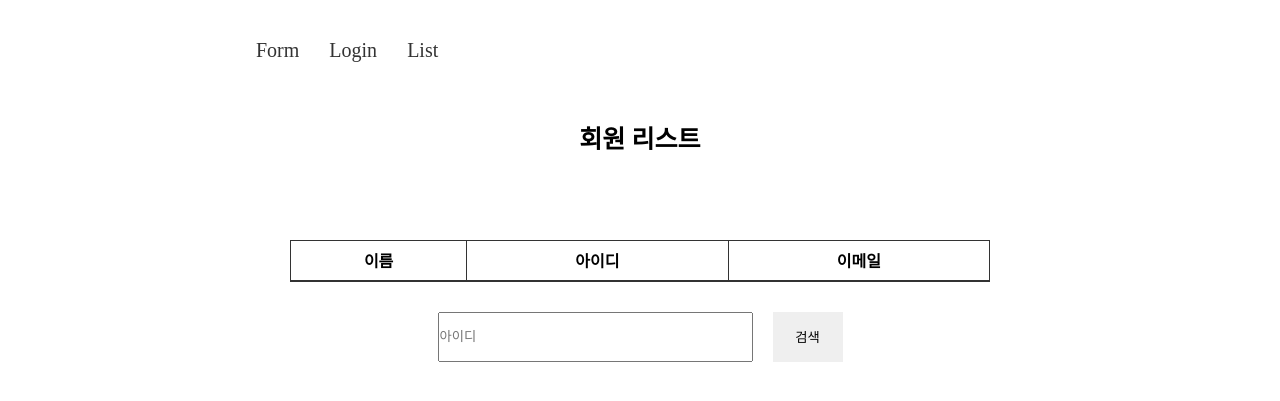
Repository: zeroj-0/eclipseProjects
Page: http://localhost/jv301/mod010/user_list.do
The author's editor kept a copy of each file at every save. The page is drawn from the files as they stood at one save, then again after the next save.
The browser window is 1280 px wide. The pictures show the whole page.
The page is served by Tomcat 9. Other server files are loaded and not shown. Queries for data that is not in the repository find no rows.

Above is the page before, as saved 2022-07-07 07:07:09.

### jv301/src/main/webapp/mod010/user_list.jsp
<%@ page language="java" contentType="text/html; charset=UTF-8" pageEncoding="UTF-8"%>
<%@ taglib prefix="c" uri="http://java.sun.com/jsp/jstl/core" %>
<!DOCTYPE html>
<html>
<head>
<meta charset="UTF-8">
<title>Insert title here</title>
<link rel="stylesheet" href="./fixmethod.css">
<link rel="stylesheet" href="./style.css">
<style>
	table {
		border: 1px solid #333;
		width: 100%;
		margin: 0 auto;
		border-collapse: collapse;
	}
	table tr {
		height: 40px;
	}
	table td {
		border: 1px solid #333;
		width: 100px;
		text-align: center;
	}
	table th {
		border: 1px solid #333;
		border-bottom: 2px solid #333;
	}
	.search-area {
		width: 100%;
		height: 50px;
		display: flex;
		margin-top: 30px;
	}
	.search-area form {
		display: flex;
		justify-content: center;
	}
	.search-area input {
		width: 45%;
	}
	.search-area button {
		width: 10%;
		margin-left: 20px;
	}
</style>
</head>
<body>
<div id="wrapper">
	<div id="header">
		<%@ include file="/incl/menu.jsp" %>
	</div>
<h3 class="title">회원 리스트</h3>
	<div class="container">
				<table>
					<tr>
						<th>이름</th><th>아이디</th><th>이메일</th>
					</tr>
					<c:forEach var="user" items="${user}">
						<tr>
							<td>
								${user.getUserName()}
							</td>
							<td>
								${user.getUserId()}
							</td>
							<td>
								${user.getEmail()}
							</td>
						</tr>
					</c:forEach>
				</table>
				<div class="search-area">
					<form>
						<input type="text" name="searchId" placeholder="아이디"/>
						<button type="submit">검색</button>
					</form>
				</div>
	</div>
</div>
</body>
</html>

### jv301/src/main/webapp/incl/menu.jsp
<%@ page language="java" contentType="text/html; charset=UTF-8"  pageEncoding="UTF-8"%>

<div class="gnb">
	<ul>
		<li><a href="add_user.jsp">Form</a></li>
		<li><a href="login">Login</a></li>
		<li><a href="user_list.do">List</a></li>
	</ul>
</div>

### jv301/src/main/java/com/varxyz/jv301/mod010/UserListServlet.java
package com.varxyz.jv301.mod010;

import java.io.IOException;
import java.util.List;

import javax.servlet.RequestDispatcher;
import javax.servlet.ServletException;
import javax.servlet.annotation.WebServlet;
import javax.servlet.http.HttpServlet;
import javax.servlet.http.HttpServletRequest;
import javax.servlet.http.HttpServletResponse;

@WebServlet("/mod010/user_list.do")
public class UserListServlet extends HttpServlet {
	private UserService userService;
	private static final long serialVersionUID = 1L;

	protected void doGet(HttpServletRequest request, HttpServletResponse response) throws ServletException, IOException {
		userService = UserService.getInstance();
		List<User> userList = userService.getAllUsers();
		request.setAttribute("user", userList);

		RequestDispatcher dispatcher = null;
		dispatcher = request.getRequestDispatcher("user_list.jsp");
		dispatcher.forward(request, response);
	}

	protected void doPost(HttpServletRequest request, HttpServletResponse response) throws ServletException, IOException {
		request.setCharacterEncoding("utf-8");

		String userId = request.getParameter("userId");

		request.setAttribute("userId", userId);

		RequestDispatcher dispatcher = null;
		dispatcher = request.getRequestDispatcher("update.jsp");
		dispatcher.forward(request, response);
	}

}

### jv301/src/main/java/com/varxyz/jv301/mod010/UserDao.java
package com.varxyz.jv301.mod010;

import java.sql.Connection;
import java.sql.PreparedStatement;
import java.sql.ResultSet;
import java.sql.SQLException;
import java.util.ArrayList;
import java.util.List;

public class UserDao {
	DataSource dataSource = null;

	public UserDao() {
		NamingService namingService = NamingService.getInstance();
		dataSource = (DataSource)namingService.getAttribute("dataSource");
	}

	public List<User> findAllUsers() {
		String sql = "SELECT * FROM User";
		List<User> userList = new ArrayList<User>();
		try {
			Connection con = null;
			PreparedStatement pstmt = null;
			ResultSet rs = null;
			try {
				con = dataSource.getConnection();
				pstmt = con.prepareStatement(sql);
				rs = pstmt.executeQuery();

				while(rs.next()) {
					User user = new User();
					user.setUserId(rs.getString("id"));
					user.setUserName(rs.getString("name"));
					user.setEmail(rs.getString("email"));
					user.setAddr(rs.getString("addr"));

					userList.add(user);
				}
			} finally {
				dataSource.close(rs, pstmt, con);
			}
		} catch (SQLException e) {
			e.printStackTrace();
		}
		return userList;
	}

	public void addUser(User user) {
		String sql = "INSERT INTO User(id,passwd,name,email,addr,ssn) VALUES (?,?,?,?,?,?)";
		try {
			Connection con = null;
			PreparedStatement pstmt = null;

			con = dataSource.getConnection();
			pstmt = con.prepareStatement(sql);

			pstmt.setString(1, user.getUserId());
			pstmt.setString(2, user.getPasswd());
			pstmt.setString(3, user.getUserName());
			pstmt.setString(4, user.getEmail());
			pstmt.setString(5, user.getAddr());
			pstmt.setString(6, user.getSsn());

			pstmt.executeUpdate();
			dataSource.close(pstmt, con);
		} catch (Exception e) {
			e.printStackTrace();
		}
	}
	public String findUserId(String userId) {
		String sql = "SELECT id FROM User WHERE id=?";
		String id = null;
		try {
			Connection con = null;
			PreparedStatement pstmt = null;
			ResultSet rs = null;
			try {
				con = dataSource.getConnection();
				pstmt = con.prepareStatement(sql);
				pstmt.setString(1, userId);

				rs = pstmt.executeQuery();

				if(rs.next()) {
					id= rs.getString("id");
				}

			} finally {
				dataSource.close(rs,pstmt, con);
			}
		} catch(Exception e) {
			e.printStackTrace();
		}
		if(id==null) {
			id="";
		}
		return id;
	}

	public String findUserPasswd(String passwd) {
		String sql = "SELECT passwd FROM User WHERE passwd=?";
		String pw = null;
		try {
			Connection con = null;
			PreparedStatement pstmt = null;
			ResultSet rs = null;
			try {
				con = dataSource.getConnection();
				pstmt = con.prepareStatement(sql);
				pstmt.setString(1, passwd);
				rs = pstmt.executeQuery();

				if(rs.next()) {
					pw= rs.getString("passwd");
				}

			} finally {
				dataSource.close(rs,pstmt, con);
			}
		} catch(Exception e) {
			e.printStackTrace();
		}
		if(pw==null) {
			pw = "";
		}
		return pw;
	}
	public User findUserByUserId(String userId) {
		String sql = "SELECT id,passwd,name,email,addr,ssn FROM User WHERE id=?";
		User user = new User();
		try  {
			Connection con = null;
			PreparedStatement pstmt = null;
			ResultSet rs = null;
			try {
				con = dataSource.getConnection();
				pstmt = con.prepareStatement(sql);
				pstmt.setString(1, userId);
				rs = pstmt.executeQuery();

				while(rs.next()) {
					user.setUserId(rs.getString("id"));
					user.setUserId(rs.getString("passwd"));
					user.setUserName(rs.getString("name"));
					user.setSsn(rs.getString("ssn"));
					user.setEmail(rs.getString("email"));
					user.setAddr(rs.getString("addr"));
					user.setSsn(rs.getString("ssn"));
				}
			} finally {
				dataSource.close(rs, pstmt, con);
			}
		} catch(Exception e) {
			e.printStackTrace();
		}
		return user;
	}
}

### jv301/src/main/webapp/mod010/fixmethod.css
@charset "UTF-8";
* { box-sizing: border-box; margin: 0; padding: 0;}
ul, li {list-style: none;}
a {text-decoration: none; color: #333;}

.gnb {
  width: 100%;
  height: 70px;
  float: left;
  padding-left: 20%;
}
ul li {
  float: left;
  height: 100%;
  margin-left: 30px;
}
ul li:first-child {
  margin-left: 0;
}

a {
  line-height: 70px;
  font-size: 20px;
}
a:hover {
  color: #000;
  font-weight: 600;
}
#header {
	height: 100px;
	width: 100%;
	text-align: center;
	font-size: 20px;
	line-height: 100px;
}
#footer {
	margin-top: 100px;
	text-align: center;
}

### jv301/src/main/webapp/mod010/style.css
@charset "UTF-8";
* { box-sizing: border-box; margin: 0; padding: 0;}
ul, li {list-style: none;}
a {text-decoration: none; color: #333;}

.container {
  padding-top: 60px;
  display: flex;
  flex-wrap: wrap;
  height: 100%;
  width: 700px;
  margin: 0 auto;
}
form {
  width: 100%;
}
h3 {
  font-size: 25px;
  width: 100%;
}
.d {
  height: 50px;
  width: 100%;
  display: flex;
  justify-content: left;
  align-items: center;
  margin-top: 10px;
}
.d > input {
  height: 35px;
  line-height: 35px;
  padding-left: 5px;

}
select {
  height: 35px;
  width: 150px;
  font-size: 15px;
}
span.email {
  margin: 0 5px;
}
.checkbox-layout {
  height: 100px;
}
.inner-box {
  margin: 0;
  display: block;
  width: 100%;
  height: 100%;
}
.inner-box h2 {
  width: 100%;
}
.box {
  display: inline-block;
  width: 18%;
  position: relative;
  overflow: hidden;
}
.box label {
  position: absolute;
  top: 14px;
  left: 20px;
}
.box input {
  height: 50px;
}
span {
  font-size: 18px;
  font-weight: 400;
  color: #333;
}
.btn {
  justify-content: center;
  width: 80px;
  height: 40px;
  margin: 0 auto;
  background: #f9f9f9;
  border-radius: 12px;
  border: 1px solid #000;
  margin-top: 20px;
}
button {
	border-style: none;
}
button.btn-inner {
  border-style: none;
  height: 40px;
  width: 75px;
  font-size:20px;
  background: none;
  cursor: pointer;
}
.address1 {
	width: 250px;
	margin-right: 10px;
}

.title {
	width: 100%;
	text-align: center;
	height: 80px;
	line-height: 80px;
}

After the next save:
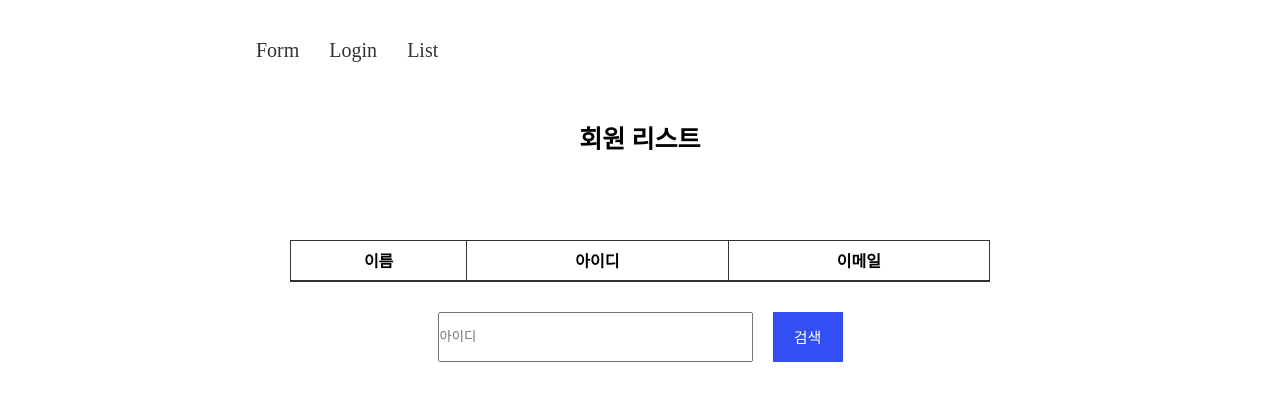
Saved 42 s later.
--- a/jv301/src/main/webapp/mod010/user_list.jsp
+++ b/jv301/src/main/webapp/mod010/user_list.jsp
@@ -42,6 +42,10 @@
 	.search-area button {
 		width: 10%;
 		margin-left: 20px;
+		background: #324ff4;
+		color: white;
+		font-weight: 500;
+		font-size: 15px;
 	}
 </style>
 </head>
